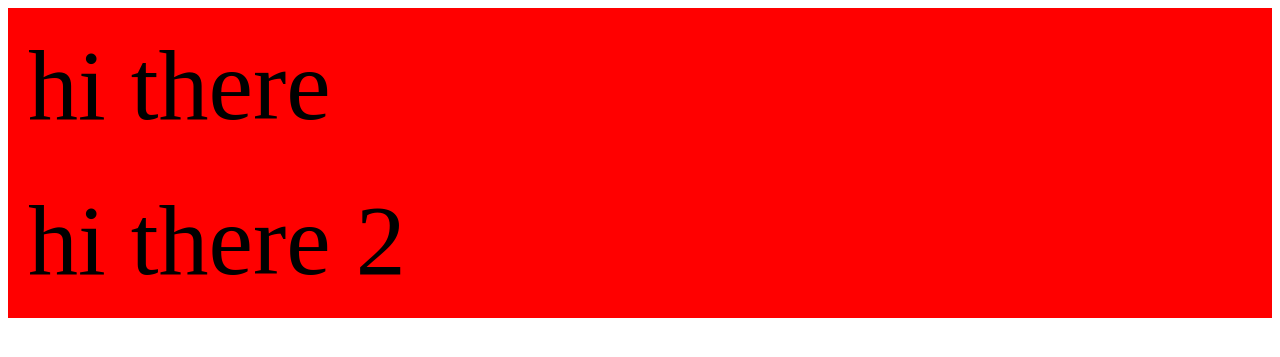
Repository: VISHALGUPTA100803/Harkirat_MERN
Page: Week 4/DOM_introduction/index.html
These files come from the project's save history. The page is drawn as it stood at one moment and after a run of saves; the edit follows.
The browser window is 1280 px wide. The pictures show the whole page.

Above is the page before, as saved 2024-03-12 00:33:00.

### Week 4/DOM_introduction/index.html
<html>
    <style>
        .container {
            background-color: red;
            font-size: 100;
            padding: 20;
            ma
        }
    </style>
    <body>
        <div class="container">
            hi there
        </div>
        <div class = "container">
            hi there 2
        </div>

    </body>
</html>

After the next 2 saves:
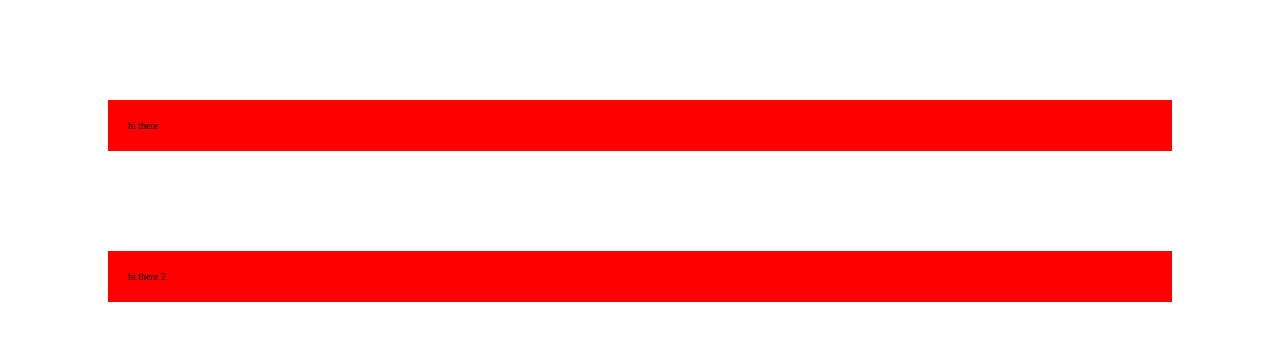
The 2 saves are shown as one change because they came seconds apart.
The last was saved 7 s later.
--- a/Week 4/DOM_introduction/index.html
+++ b/Week 4/DOM_introduction/index.html
@@ -2,9 +2,9 @@
     <style>
         .container {
             background-color: red;
-            font-size: 100;
+            font-size: 10;
             padding: 20;
-            ma
+            margin: 100;
         }
     </style>
     <body>
